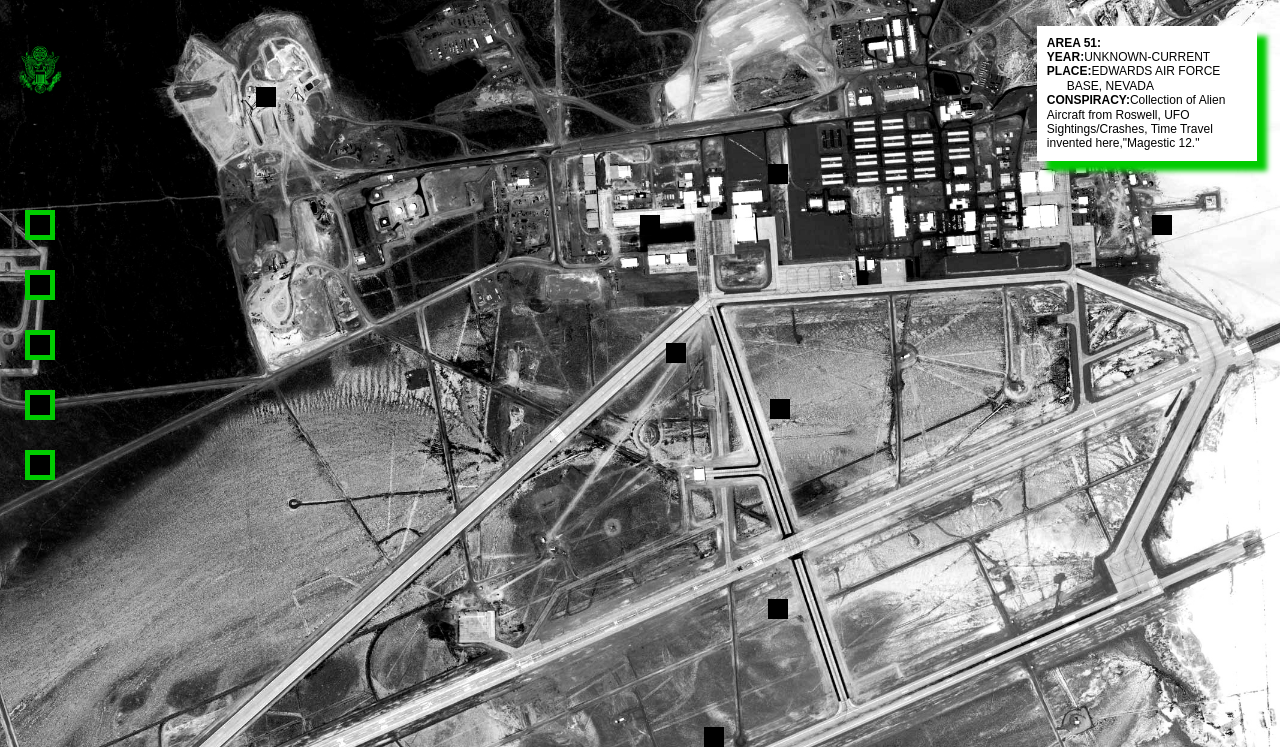
Repository: bradk647/bradk647.github.io
Page: TypeWeb/Area51/area51.html
The author's editor kept a record of every edit. The page is drawn from the files as they stood at one moment, then again after the next edit.
The browser window is 1280 px wide. The pictures show the whole page.
Some web fonts or font styles are not loaded; a fallback is used.

Above is the page before.

### TypeWeb/Area51/area51.html
<html>
<head>
    <title>AREA51</title>
    <link href='area51.css' rel='stylesheet'>
    <link href='../menutype.css' rel='stylesheet'>
    <link href='areablocks.css' rel='stylesheet'>
    <link href='http://fonts.googleapis.com/css?family=Lekton:400,700,400italic' rel='stylesheet' type='text/css'>
    <link rel="icon" href="../black.png" sizes="16x16 32x32" type="image/png">
</head>
<body>
     <div class="infobox"><strong>AREA 51:</strong><br/>
    <strong>YEAR:</strong>UNKNOWN-CURRENT<br />
   <strong>PLACE:</strong>EDWARDS AIR FORCE<br /> &nbsp&nbsp&nbsp&nbsp&nbsp BASE, NEVADA
   <br /><strong>CONSPIRACY:</strong>Collection of Alien Aircraft from Roswell, UFO Sightings/Crashes, Time Travel invented here,"Magestic 12."
    </div>

    <a href="../Home/typeface.html"><img src="../Home/seal.png" id="seal" height="90" width="90"></a>
    <div class="menu">
        <a href="../Jfk/jfk.html">
            <div class="tile1"></div>
            <div class="d-wrapper">
                <div class="letterdblock"></div>
            <div class="whiteblock1d"></div>
    </div>
    <a href="../911/911new.html">
            <div class="tile2"></div>
            <div class="nine-wrapper">
        <div class="number9block"></div>
        <div class="whiteblock9-1"></div>
        <div class="whiteblock9-2"></div>
    </div></a>
         <a href="../Area51/area51.html">
            <div class="tile3"></div>
            <div class="a-wrapper">
        <div class="letterablock"></div>
            <div class="whiteblock1a"></div>
            <div class="whiteblock2a"></div>
         </div></a>
    <a href="../Pent/pentagon.html">
            <div class="tile4"></div>
            <div class="p-wrapper">
        <div class="letterpblock"></div>
        <div class="whiteblock1p"></div>
        <div class="whiteblock2p"></div>
        </div>
        </a>
            <a href="../Moon/moon.html"><div class="tile5"></div>
            <div class="m-wrapper">
        <div class="lettermblock"></div>
        <div class="whiteblock1m"></div>
        <div class="whiteblock2m"></div>
        <div class="whiteblock3m"></div>
    </div></a>

        </div>

      </div>


<a href="http://www.cnn.com/2013/08/15/us/area-51-documents/index.html?hpt=hp_t2" onclick="return popitup('http://www.cnn.com/2013/08/15/us/area-51-documents/index.html?hpt=hp_t2')"
	> <div class="c-wrapper1">
        <div class="lettercblock1" id="firstblock"></div>
            <div class="whiteblock1c1"></div>

    </div></a>

    <a href="http://i.imgur.com/bHOdFLT.gif" onclick="return popitup('http://i.imgur.com/bHOdFLT.gif')"
	> <div class="a-wrapper1">
        <div class="letterablock1" id="firstblock"></div>
            <div class="whiteblock1a1"></div>
           <div class="whiteblock2a1"></div>
    </div></a>

    <a href="http://media.giphy.com/media/qoZYnzZHq3ziM/giphy.gif" onclick="return popitup('http://media.giphy.com/media/qoZYnzZHq3ziM/giphy.gif')"
	> <div class="u-wrapper1">
        <div class="letterublock1" id="firstblock"></div>
            <div class="whiteblock1u1"></div>
    </div></a>
    <a href="http://vault.fbi.gov/Majestic%2012/Majestic%2012%20Part%201%20of%201/view" onclick="return popitup('http://vault.fbi.gov/Majestic%2012/Majestic%2012%20Part%201%20of%201/view')"
	> <div class="b-wrapper1">
        <div class="letterbblock1" id="firstblock"></div>
            <div class="whiteblock1b1"></div>
            <div class="whiteblock2b1"></div>

    </div></a>

    <a href="http://www.bibliotecapleyades.net/sociopolitica/esp_sociopol_mj12_32.htm" onclick="return popitup('http://www.bibliotecapleyades.net/sociopolitica/esp_sociopol_mj12_32.htm')"
	> <div class="m-wrapper1">
        <div class="lettermblock1" id="firstblock"></div>
            <div class="whiteblock1m1"></div>
           <div class="whiteblock2m1"></div>
           <div class="whiteblock3m1"></div>
    </div></a>

    <a href="http://www.thespacereview.com/article/2235/1" onclick="return popitup('http://www.thespacereview.com/article/2235/1')"
	> <div class="s-wrapper1">
        <div class="lettersblock1" id="firstblock"></div>
            <div class="whiteblock1s1"></div>
            <div class="whiteblock2s1"></div>
    </div></a>
    <a href="http://en.wikipedia.org/wiki/Area_51#/media/File:CIA_BYE2369-67_page17.gif" onclick="return popitup('http://en.wikipedia.org/wiki/Area_51#/media/File:CIA_BYE2369-67_page17.gif')"
	> <div class="o-wrapper1">
        <div class="letteroblock1" id="firstblock"></div>
            <div class="whiteblock1o1"></div>

    </div></a>

    <a href="https://www.youtube.com/watch?v=ji9oTAONTdI" onclick="return popitup('https://www.youtube.com/watch?v=ji9oTAONTdI')"
	> <div class="p-wrapper1">
        <div class="letterpblock1" id="firstblock"></div>
            <div class="whiteblock1p1"></div>
           <div class="whiteblock2p1"></div>
    </div></a>

    <a href="https://libraryroadtrip.files.wordpress.com/2012/01/extraterrestrial-highway-sign-nv.jpg" onclick="return popitup('https://libraryroadtrip.files.wordpress.com/2012/01/extraterrestrial-highway-sign-nv.jpg')"
	> <div class="e-wrapper1">
        <div class="lettereblock1" id="firstblock"></div>
            <div class="whiteblock1e1"></div>
            <div class="whiteblock2e1"></div>
    </div></a>
    <a href="http://nsarchive.gwu.edu/NSAEBB/NSAEBB443/" onclick="return popitup('http://nsarchive.gwu.edu/NSAEBB/NSAEBB443/')"
	> <div class="n-wrapper1">
        <div class="letternblock1" id="firstblock"></div>
            <div class="whiteblock1n1"></div>
            <div class="whiteblock2n1"></div>
    </div></a>

</body>
<script>
function popitup(url) {
	newwindow=window.open(url,'name','height=700,width=400');
	if (window.focus) {newwindow.focus()}
	return false;
}

function popitup(url) {
	newwindow=window.open(url,'name','height=500,width=500');
	if (window.focus) {newwindow.focus()}
	return false;
}

function popitup(url) {
	newwindow=window.open(url,'name','height=400,width=500');
	if (window.focus) {newwindow.focus()}
	return false;
}
function popitup(url) {
	newwindow=window.open(url,'name','height=700,width=400');
	if (window.focus) {newwindow.focus()}
	return false;
}

function popitup(url) {
	newwindow=window.open(url,'name','height=500,width=500');
	if (window.focus) {newwindow.focus()}
	return false;
}

function popitup(url) {
	newwindow=window.open(url,'name','height=400,width=500');
	if (window.focus) {newwindow.focus()}
	return false;
}
function popitup(url) {
	newwindow=window.open(url,'name','height=700,width=400');
	if (window.focus) {newwindow.focus()}
	return false;
}

function popitup(url) {
	newwindow=window.open(url,'name','height=500,width=500');
	if (window.focus) {newwindow.focus()}
	return false;
}

function popitup(url) {
	newwindow=window.open(url,'name','height=400,width=500');
	if (window.focus) {newwindow.focus()}
	return false;
}
function popitup(url) {
	newwindow=window.open(url,'name','height=400,width=500');
	if (window.focus) {newwindow.focus()}
	return false;
}
</script>
</html>

### TypeWeb/Area51/area51.css
body {
  left: 0;
  margin: 0;
  overflow: hidden;
  position: relative;
  background-color:black;
  background-image: url('area_51_satellige_image_july_03.jpg');
  height: 100%;
  -webkit-background-size: cover;
     -moz-background-size: cover;
       -o-background-size: cover;
          background-size: cover;
}

.infobox{
    width: 200px;
    font-family:'Lekton',sans-serif;
    font-size:12px;
    line-height:1.2em;
    padding: 10px;
    background-color:white;
    -webkit-box-shadow: 10px 10px 5px 0px rgba(0,204,0,1);
-moz-box-shadow: 10px 10px 5px 0px rgba(0,204,0,1);
box-shadow: 10px 10px 5px 0px rgba(0,204,0,1);
margin-left:81%;
margin-top:2%;
}


.menu {
    position: relative;
  top: 20%;
  transform: translateY(-50%);
}

#seal {
    margin-left:-5px;
    margin-top:-130px;
}
.tile1 {
    width:30px;
    height:30px;
    background:#00CC00;
    margin-left:25px;
    margin-top:40px;

}

.tile2 {
    width:30px;
    height:30px;
    background:#00CC00;
    margin-left:25px;
    margin-top:30px;
}

.tile3 {
    width:30px;
    height:30px;
    background:#00CC00;
    margin-left:25px;
    margin-top:30px;

}


.tile4 {
    width:30px;
    height:30px;
    background:#00CC00;
    margin-left:25px;
    margin-top:30px;
}


.tile5 {
    width:30px;
    height:30px;
    background:#00CC00;
    margin-left:25px;
    margin-top:30px;
}

### TypeWeb/menutype.css
.a-wrapper {
    position:relative;
    display:inline-block;
    margin-top:-25px;
    margin-left:30;
}

.letterablock {
    width:20px;
    height:20px;
    background-color:#000;
    position:absolute;

}

.whiteblock1a {
    width:10px;
    height:2px;
    background-color: #000;
    position:absolute;
    top: 5px;
    left: 5px;

}
.whiteblock2a {
    width:10px;
    height:6px;
    background-color:#000;
    position:absolute;
    bottom: -20px;
    left: 5px;
}

.a-wrapper:hover .whiteblock1a {
    background-color: #00CC00;
}

.a-wrapper:hover .whiteblock2a {
    background-color: #00CC00;
}



.d-wrapper {
    position:relative;
    display:inline-block;
    margin-left:30px;
    margin-top:-25px;
}

.letterdblock {
    width:20px;
    height:20px;
    background-color:#000;
    position:absolute;
}

.whiteblock1d {
    width:11px;
    height:10px;
    background-color:#000;
    position:absolute;
    top:5px;
    left:6px;
}

.d-wrapper:hover .whiteblock1d {
    background: #00CC00
}



.m-wrapper {
    position:relative;
    display:inline-block;
    margin-top:-25px;
    margin-left:30px;
}

.lettermblock {
    width:20px;
    height:20px;
    background-color:#000;
    position:absolute;
}

.whiteblock1m {
    width:10px;
    height:5px;
    background-color:#000;
    position:absolute;
    top:0px;
    left:5px;
}

.whiteblock2m {
    width:2px;
    height:5px;
    background-color:#000;
    position:absolute;
    top:15px;
    left:5px;
}

.whiteblock3m {
    width:2px;
    height:5px;
    background-color:#000;
    position:absolute;
    top:15px;
    left:13px;
}

.m-wrapper:hover .whiteblock1m {
    background-color: #00CC00;
}

.m-wrapper:hover .whiteblock2m {
    background-color: #00CC00;
}

.m-wrapper:hover .whiteblock3m {
    background-color: #00CC00;
}


.p-wrapper {
    position:relative;
    display:inline-block;
    margin-top:-25px;
    margin-left:30px;
}

.letterpblock {
    width:20px;
    height:20px;
    background-color:#000;
    position:absolute;
}

.whiteblock1p {
    width:10px;
    height:2px;
    background-color:#000;
    position:absolute;
    top:5px;
    left:5px;
}

.whiteblock2p {
    width:15px;
    height:5px;
    background-color:#000;
    position:absolute;
    top:15px;
    left:5px;
}

.p-wrapper:hover .whiteblock1p {
    background-color: #00CC00;
}

.p-wrapper:hover .whiteblock2p {
    background-color: #00CC00;
}


.nine-wrapper {
    position:relative;
    display:inline-block;
    margin-top:-25px;
    margin-left:30px;
}

.number9block {
    width:20px;
    height:20px;
    background-color:#000;
    position:absolute;
}
.whiteblock9-1 {
    width:10px;
    height:2px;
    background-color:#000;
    position:absolute;
    top:5px;
    left:5px;
}

.whiteblock9-2 {
    width:15px;
    height:5px;
    background-color:#000;
    position:absolute;
    top:15px;
    left:0px;
}

.nine-wrapper:hover .whiteblock9-1 {
    background-color: #00CC00;
}
.nine-wrapper:hover .whiteblock9-2 {
    background-color: #00CC00;
}

### TypeWeb/Area51/areablocks.css
.a-wrapper1 {
    position:absolute;
    margin-left:20%;
    margin-top:-40%;
}

.letterablock1 {
    width:20px;
    height:20px;
    background-color:#000;
    position:absolute;

}

.whiteblock1a1 {
    width:10px;
    height:2px;
    background-color: #000;
    position:absolute;
    top: 5px;
    left: 5px;

}
.whiteblock2a1 {
    width:10px;
    height:6px;
    background-color:#000;
    position:absolute;
    bottom: -20px;
    left: 5px;
}

.a-wrapper1:hover .whiteblock1a1 {
    background-color: #00CC00;
}

.a-wrapper1:hover .whiteblock2a1 {
    background-color: #00CC00;
}
.a-wrapper1:hover {
-webkit-box-shadow: 10px 10px 96px 17px rgba(0,204,0,1);
-moz-box-shadow: 10px 10px 96px 17px rgba(0,204,0,1);
box-shadow: 10px 10px 96px 17px rgba(0,204,0,1);
}

.c-wrapper1 {
    position:absolute;
    margin-left:90%;
    margin-top:-30%;
}

.lettercblock1 {
    width:20px;
    height:20px;
    background-color:#000;
    position:absolute;

}

.whiteblock1c1 {
    width:15px;
    height:9px;
    background-color:#000;
    position:absolute;
    top:5px;
    left:5px;
}

.c-wrapper1:hover .whiteblock1c1 {
    background: #00CC00
}
.c-wrapper1:hover {
-webkit-box-shadow: 10px 10px 96px 17px rgba(0,204,0,1);
-moz-box-shadow: 10px 10px 96px 17px rgba(0,204,0,1);
box-shadow: 10px 10px 96px 17px rgba(0,204,0,1);
}

.u-wrapper1 {
    position:absolute;
    margin-left:52%;
    margin-top:-20%;
}

.letterublock1 {
    width:20px;
    height:20px;
    background-color:#000;
    position:absolute;
}

.whiteblock1u1 {
    width:10px;
    height:15px;
    background-color:#000;
    position:absolute;
    top:0px;
    left:5px;
}
.u-wrapper1:hover .whiteblock1u1 {
    background-color: #00CC00;
}

.u-wrapper1:hover {
-webkit-box-shadow: 10px 10px 96px 17px rgba(0,204,0,1);
-moz-box-shadow: 10px 10px 96px 17px rgba(0,204,0,1);
box-shadow: 10px 10px 96px 17px rgba(0,204,0,1);
}
.b-wrapper1 {
    position:absolute;
    margin-left:60%;
    margin-top:-34%;
}

.letterbblock1 {
    width:20px;
    height:20px;
    background-color:#000;
    position:absolute;

}

.whiteblock1b1 {
    width:10px;
    height:2px;
    background-color: #000;
    position:absolute;
    top: 5px;
    left: 5px;

}
.whiteblock2b1 {
    width:10px;
    height:2px;
    background-color: #000;
    position:absolute;
    bottom: -15px;
    left: 5px;
}

.b-wrapper1:hover .whiteblock1b1 {
    background-color: #00CC00;
}

.b-wrapper1:hover .whiteblock2b1 {
    background-color: #00CC00;
}
.b-wrapper1:hover {
-webkit-box-shadow: 10px 10px 96px 17px rgba(0,204,0,1);
-moz-box-shadow: 10px 10px 96px 17px rgba(0,204,0,1);
box-shadow: 10px 10px 96px 17px rgba(0,204,0,1);
}
.e-wrapper1 {
    position:absolute;
    margin-left:55%;
    margin-top:10%;
}

.lettereblock1 {
    width:20px;
    height:20px;
    background-color:000;
    position:absolute;

}
.whiteblock1e1 {
    width:15px;
    height:2px;
    background-color:#000;
    position:absolute;
    top:5px;
    left:5px;

}
.whiteblock2e1 {
    width:15px;
    height:2px;
    background-color:#000;
    position:absolute;
    bottom:-15px;
    left:5px;
}

.e-wrapper1:hover .whiteblock1e1 {
    background-color: #00CC00;
}

.e-wrapper1:hover .whiteblock2e1 {
    background-color: #00CC00;
}

.e-wrapper1:hover {
-webkit-box-shadow: 10px 10px 96px 17px rgba(0,204,0,1);
-moz-box-shadow: 10px 10px 96px 17px rgba(0,204,0,1);
box-shadow: 10px 10px 96px 17px rgba(0,204,0,1);
}
.m-wrapper1 {
    position:absolute;
    margin-left:50%;
    margin-top:-30%;
}

.lettermblock1 {
    width:20px;
    height:20px;
    background-color:#000;
    position:absolute;
}

.whiteblock1m1 {
    width:10px;
    height:5px;
    background-color:#000;
    position:absolute;
    top:0px;
    left:5px;
}

.whiteblock2m1 {
    width:2px;
    height:5px;
    background-color:#000;
    position:absolute;
    top:15px;
    left:5px;
}

.whiteblock3m1 {
    width:2px;
    height:5px;
    background-color:#000;
    position:absolute;
    top:15px;
    left:13px;
}

.m-wrapper1:hover .whiteblock1m1 {
    background-color: #00CC00;
}

.m-wrapper1:hover .whiteblock2m1 {
    background-color: #00CC00;
}

.m-wrapper1:hover .whiteblock3m1 {
    background-color: #00CC00;
}
.m-wrapper1:hover {
-webkit-box-shadow: 10px 10px 96px 17px rgba(0,204,0,1);
-moz-box-shadow: 10px 10px 96px 17px rgba(0,204,0,1);
box-shadow: 10px 10px 96px 17px rgba(0,204,0,1);
}

.n-wrapper1 {
    position:absolute;
    margin-top:-200px;
    margin-left:770px;
}

.letternblock1 {
    width:20px;
    height:20px;
    background-color:000;
    position:absolute;
}

.whiteblock1n1 {
    width:10px;
    height:5px;
    background-color:#000;
    position:absolute;
    top:0px;
    left:5px;
}

.whiteblock2n1 {
    width:2px;
    height:5px;
    background-color:#000;
    position:absolute;
    top:15px;
    left:13px;
}

.n-wrapper1:hover .whiteblock1n1 {
    background-color: #00CC00;
}

.n-wrapper1:hover .whiteblock2n1 {
    background-color: #00CC00;
}

.n-wrapper1:hover {
-webkit-box-shadow: 10px 10px 96px 17px rgba(0,204,0,1);
-moz-box-shadow: 10px 10px 96px 17px rgba(0,204,0,1);
box-shadow: 10px 10px 96px 17px rgba(0,204,0,1);
}

.o-wrapper1 {
    position:absolute;
    margin-left:15%;
    margin-top:-250px;
}

.letteroblock1 {
    width:20px;
    height:20px;
    background-color:#000;
    position:absolute;
}

.whiteblock1o1 {
    width:10px;
    height:10px;
    background-color:#000;
    position:absolute;
    top:5px;
    left:5px;
}

.o-wrapper1:hover .whiteblock1o1 {
    background-color: #00CC00;
}

.o-wrapper1:hover {
-webkit-box-shadow: 10px 10px 96px 17px rgba(0,204,0,1);
-moz-box-shadow: 10px 10px 96px 17px rgba(0,204,0,1);
box-shadow: 10px 10px 96px 17px rgba(0,204,0,1);
}

.p-wrapper1 {
    position:absolute;
    margin-left:60%;
    margin-top:0%;
}

.letterpblock1 {
    width:20px;
    height:20px;
    background-color:#000;
    position:absolute;
}

.whiteblock1p1 {
    width:10px;
    height:2px;
    background-color:#000;
    position:absolute;
    top:5px;
    left:5px;
}

.whiteblock2p1 {
    width:15px;
    height:5px;
    background-color:#000;
    position:absolute;
    top:15px;
    left:5px;
}

.p-wrapper1:hover .whiteblock1p1 {
    background-color: #00CC00;
}

.p-wrapper1:hover .whiteblock2p1 {
    background-color: #00CC00;
}

.p-wrapper1:hover {
-webkit-box-shadow: 10px 10px 96px 17px rgba(0,204,0,1);
-moz-box-shadow: 10px 10px 96px 17px rgba(0,204,0,1);
box-shadow: 10px 10px 96px 17px rgba(0,204,0,1);
}

.s-wrapper1 {
    position;absolute;
    margin-left:40%;
    margin-top:10%;
}

.lettersblock1 {
    width:20px;
    height:20px;
    background-color:#00;
    position:absolute;
}

.whiteblock1s1 {
    width:5px;
    height:2px;
    background-color:#000;
    position:absolute;
    top:5px;
    left:15px;
}

.whiteblock2s1 {
    width:5px;
    height:2px;
    background-color:#000;
    position:absolute;
    top:13px;
    left:0px;
}

.s-wrapper1:hover .whiteblock1s1 {
    background-color: #00CC00;
}

.s-wrapper1:hover .whiteblock2s1 {
    background-color: #00CC00;
}

.s-wrapper1:hover {
-webkit-box-shadow: 10px 10px 96px 17px rgba(0,204,0,1);
-moz-box-shadow: 10px 10px 96px 17px rgba(0,204,0,1);
box-shadow: 10px 10px 96px 17px rgba(0,204,0,1);
}

After the next edit:
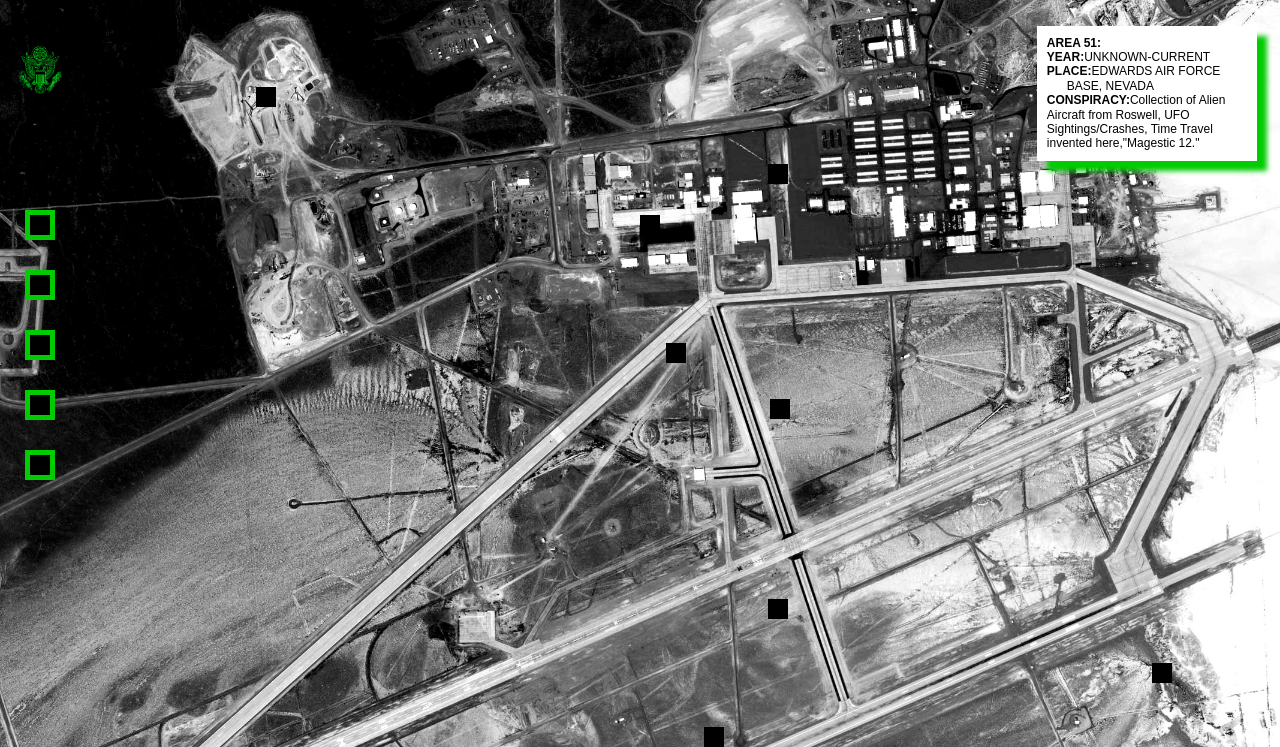
The edit:
--- a/TypeWeb/Area51/areablocks.css
+++ b/TypeWeb/Area51/areablocks.css
@@ -46,7 +46,7 @@
 .c-wrapper1 {
     position:absolute;
     margin-left:90%;
-    margin-top:-30%;
+    margin-top:5%;
 }
 
 .lettercblock1 {
